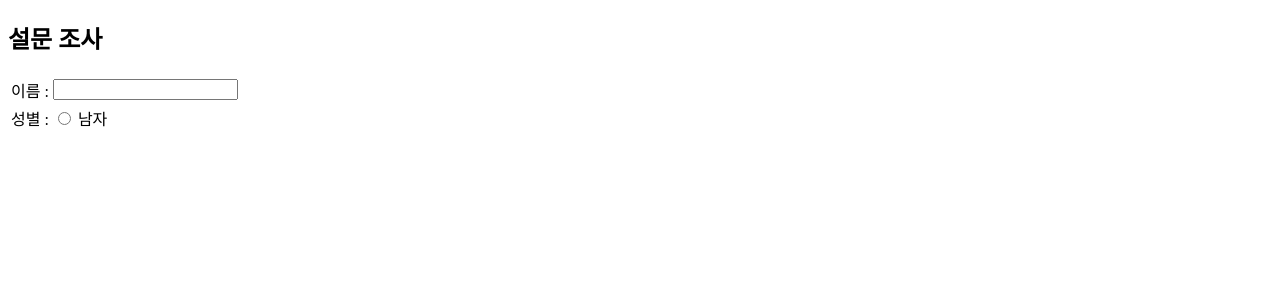
Repository: jsunnypi/JSP
Page: http://localhost/Test/researchForm.jsp
An editor plug-in stored every save of this project. The page is shown before and after the next save, followed by the edit.
The browser window is 1280 px wide. The pictures show the whole page.
The page is served by Tomcat 9.

Above is the page before, as saved 2024-11-14 01:33:31.

After the next save:
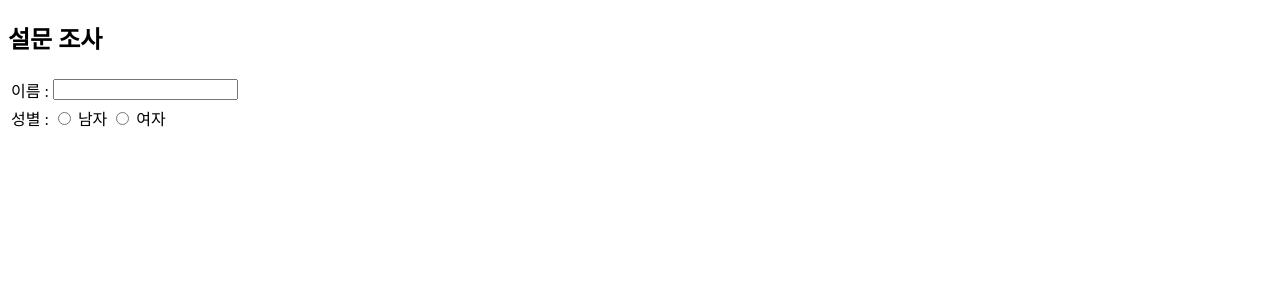
Saved 11 s later.
--- a/Test/src/main/webapp/researchForm.jsp
+++ b/Test/src/main/webapp/researchForm.jsp
@@ -21,6 +21,7 @@
 				<td>성별 :</td>
 				<td>
 					<input type="radio" name="gender" value="male"> 남자
+					<input type="radio" name="gender" value="female"> 여자
 				</td>
 			</tr>
 		</table>
